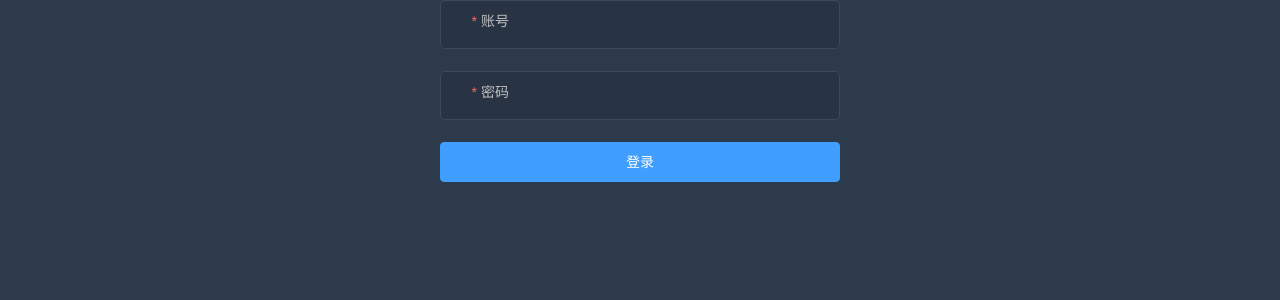
Repository: seamanwarm/vue-admin-
Page: /#/login
The author's editor kept a copy of each file at every save. The page is drawn from the files as they stood at one save, then again after the next save.
The browser window is 1280 px wide. The pictures show the whole page.
The project was rebuilt for these pictures with package versions that can differ from the ones it lists, and the page was loaded fresh each time.

Above is the page before, as saved 2019-03-11 15:00:16.

After the next save:
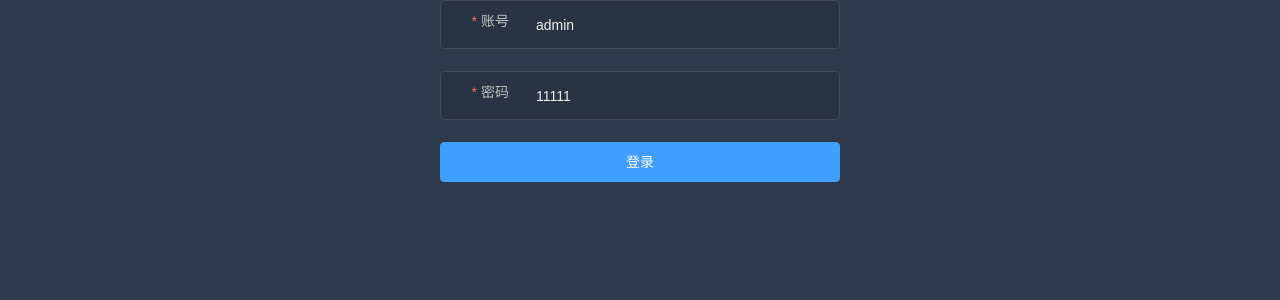
Saved 42 s later.
--- a/src/views/login/index.vue
+++ b/src/views/login/index.vue
@@ -39,8 +39,8 @@
     return {
       labelPosition: "right",
       loginInfo: {
-        username: "",
-        password: "",
+        username: "admin",
+        password: "11111",
       },
       //规则要传给form
       loginRules:{
